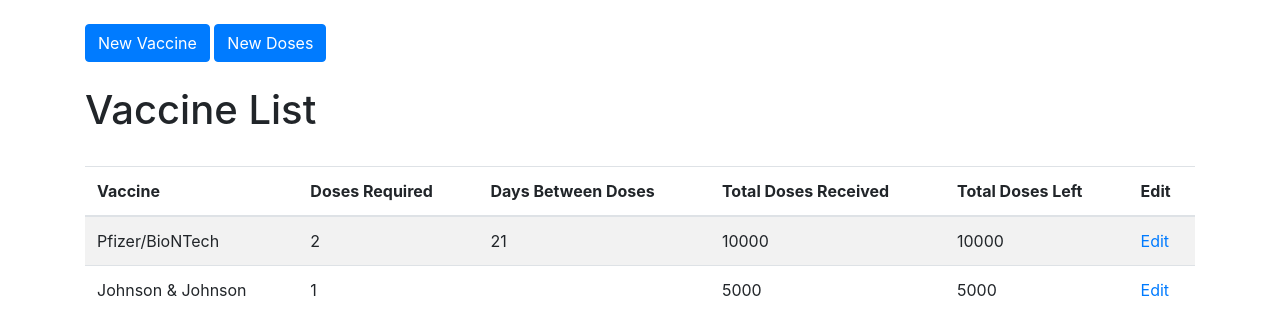
Repository: Thangtran1100/School-Stuff
Page: http://localhost/lab9/ListVaccine
The author's editor kept a copy of each file at every save. The page is drawn from the files as they stood at one save, then again after the next save.
The browser window is 1280 px wide. The pictures show the whole page.
The page is served by Tomcat 9.

Above is the page before, as saved 2023-03-27 22:57:29.

After the next save:
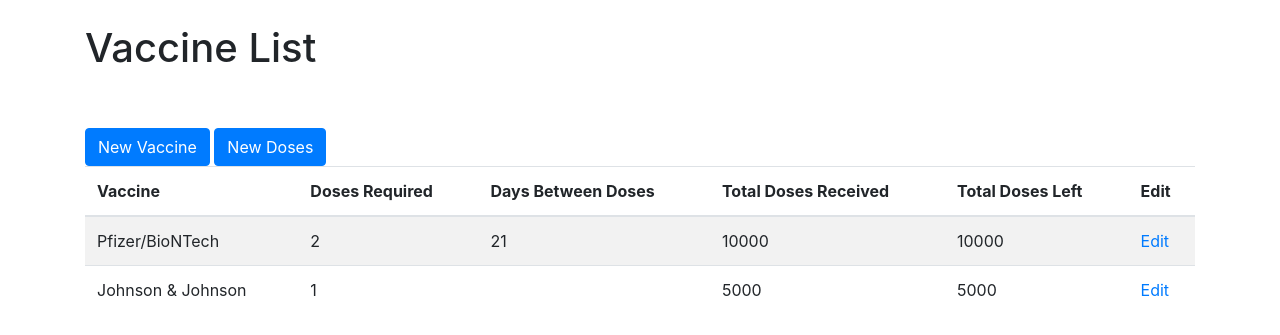
Saved 2 min 49 s later.
--- a/Spring 2023/CS3220/Assignments/3220-Lab9-App/lab9/src/main/webapp/ListVaccine.jsp
+++ b/Spring 2023/CS3220/Assignments/3220-Lab9-App/lab9/src/main/webapp/ListVaccine.jsp
@@ -1,5 +1,5 @@
-<%@ page contentType="text/html;charset=UTF-8" %>
-<%@ taglib prefix="c" uri="http://java.sun.com/jsp/jstl/core" %>
+<%@ page contentType="text/html;charset=UTF-8"%>
+<%@ taglib prefix="c" uri="http://java.sun.com/jsp/jstl/core"%>
 <!DOCTYPE html>
 <html>
 <head>
@@ -11,9 +11,15 @@
 <body>
 
 	<div class="container">
-		<br><a href="NewVaccine" class="btn btn-primary">New Vaccine</a> <a
-			href="NewDose" class="btn btn-primary">New Doses</a><br>
-		<br><h1>Vaccine List</h1><br>
+		<br>
+			<h1>Vaccine List</h1>
+		<br>
+
+		<br>
+		<a href="NewVaccine" class="btn btn-primary">New Vaccine</a>
+		<a href="NewDose" class="btn btn-primary">New Doses</a>
+		<br>
+
 		<table class="table table-striped">
 			<thead>
 				<tr>
